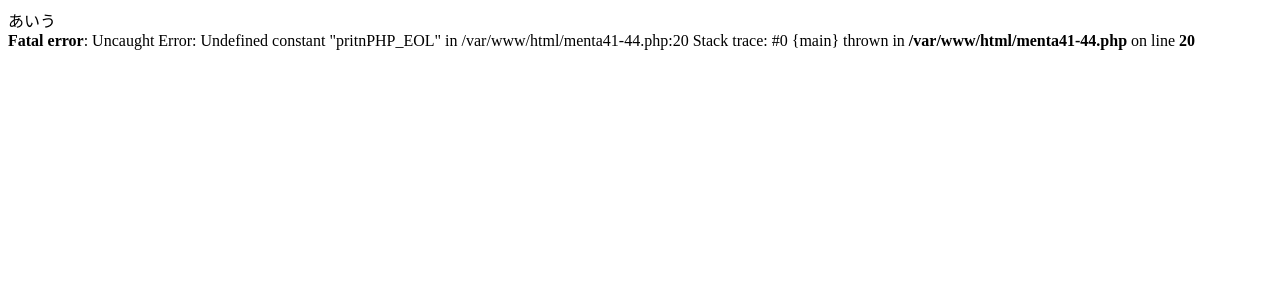
Repository: hiroaki-kitagawa/menta-php
Page: http://localhost/menta41-44.php
An editor plug-in stored every save of this project. The page is shown before and after a run of saves, followed by the edit.
The browser window is 1280 px wide. The pictures show the whole page.
The page is run by PHP 8.4 with error messages shown; the project is at /var/www/html/.

Above is the page before, as saved 2020-01-25 20:57:00.

### menta41-44.php
<?php

// 41
// $x = "abcaあいう"; と宣言する
// 「あいう」という文字のみを切り抜いて表示してください
$x = "abcaあいう";

echo substr($x,4) . PHP_EOL;

// 42
// 次の配列を宣言する
// $array1 = array('あ', 'い', 'う', 'え', 'お');
// 降順にソートして出力してください
// ex) おえういあ

$array1 = array('あ', 'い', 'う', 'え', 'お');

arsort($array1);

pritnPHP_EOL;


// 43
// 42の機能を関数にしてください




// 44
// 次のソースコードの関数内を埋めて、2と表示されるソースコードを作成しなさい
// 元の処理の改変は行わないこと
// <?php
//     $number = 1;
//     function add_number()
//     {
//         //
//         // ここに処理を追加
//         //
//     }
//     add_number();
//     echo $number;
// ?>

After the next 3 saves:
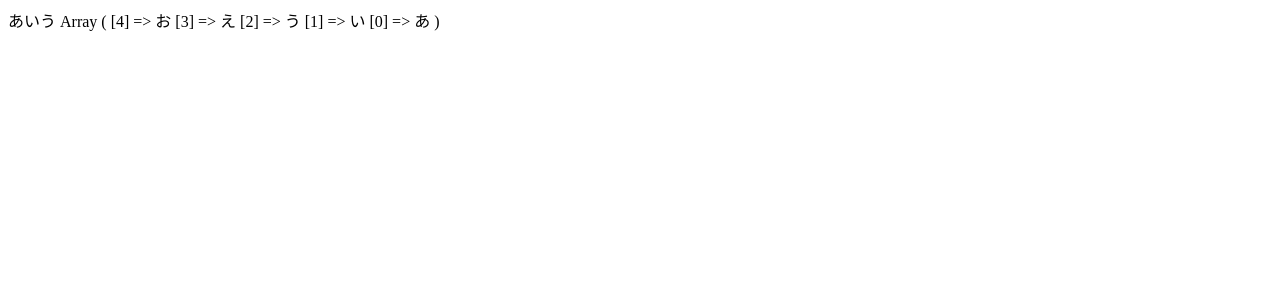
The 3 saves are shown as one change because they came seconds apart.
The last was saved 15 s later.
--- a/menta41-44.php
+++ b/menta41-44.php
@@ -16,8 +16,7 @@ echo substr($x,4) . PHP_EOL;
 $array1 = array('あ', 'い', 'う', 'え', 'お');
 
 arsort($array1);
-
-pritnPHP_EOL;
+print_r($array1);
 
 
 // 43
